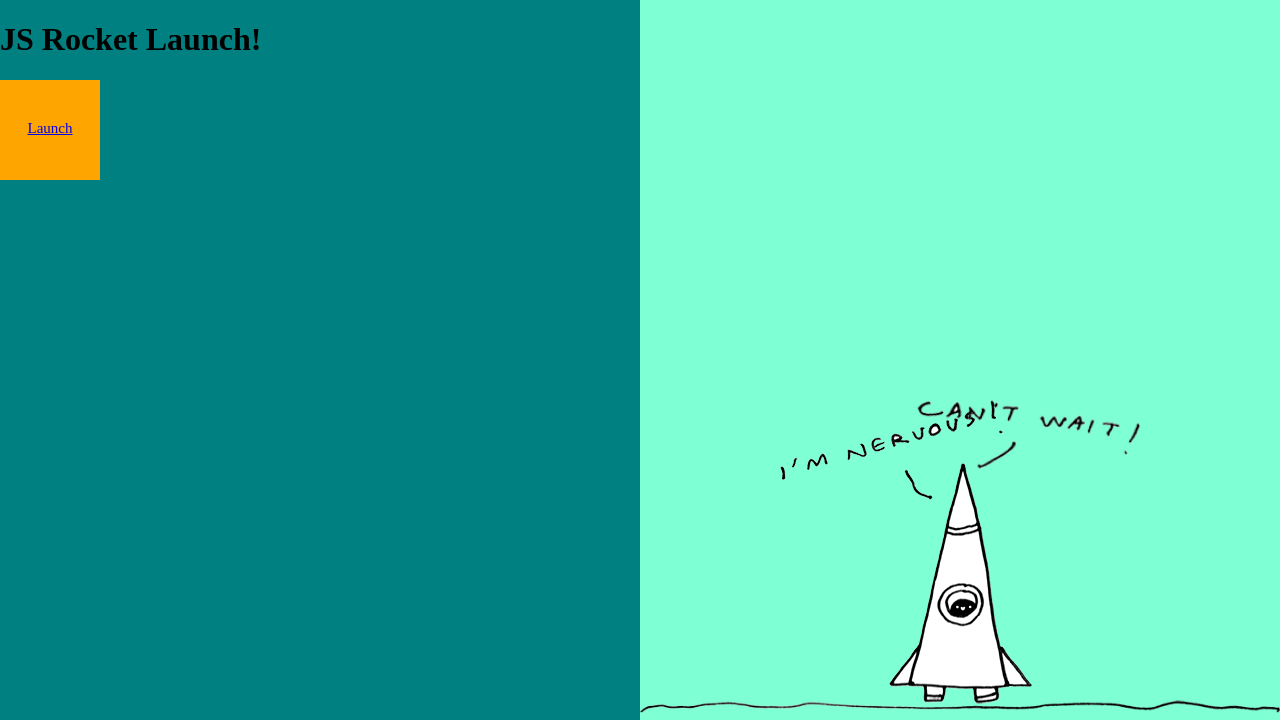
Repository: alcarrizo/Rocket-launch
Page: index.html
These files come from the project's save history. The page is drawn as it stood at one moment and after the next save; the edit follows.
The browser window is 1280 px wide. The pictures show the whole page.

Above is the page before, as saved 2022-10-20 17:26:19.

### index.html
<!DOCTYPE html>
<html lang="en">
<head>
    <meta charset="UTF-8">
    <meta http-equiv="X-UA-Compatible" content="IE=edge">
    <meta name="viewport" content="width=device-width, initial-scale=1.0">
    <title>Rocket Launch sequence</title>
    <script type="text/javascript" src="js/script.js"> </script>
    <link rel="stylesheet" href="css/style.css">
</head>
<body class="body-state1" id="body">
    <div class="left">
        <div class="state1">
            <h1>JS Rocket Launch!</h1>
            <a href="#" class="button" onclick="changeState(2);">Launch</a>
        </div>
        <div class="state2">
            <h1 class="countdown" id="countdown">10</h1>
            <a href="#" class="button" onclick="changeState(1);">Abort</a>
        </div>
        <div class="state3">
            <h1>Lift Off!</h1>
        </div>
        <div class="state4">
            <h1>Well done!</h1>
            <a href="#" class="button" onclick="changeState(1);">Do it again</a>
        </div>
        <div class="state5">
            <h1>Oh No!!!!</h1>
            <a href="#" class="button" onclick="changeState(1);">Try Again!</a>
        </div>
    </div>

    <div class="right">
        <div class="rocket" id="rocket"></div>
        <div class="ground"></div>
        <div class="nervous"></div>
        <div class="cant-wait"></div>
    </div>
</body>
</html>

### js/script.js
/*var countDown = function (i) {
    console.log(i)
    setTimeout(function () {
        i--
        document.getElementById("countdown").innerHTML = i;
        if (document.getElementById('body').className != 'body-state1') {
            if (i > 0) {
                countDown(i)
            }
            else {
                changeState(3)
            }
        }

    }, 1000)
}*/
var timer = null;
var CountDownNum = 10;
var changeState = function (state) {
    document.body.className = 'body-state' + state;
    clearInterval(timer);
    if (state != 2 && document.getElementById('countdown').innerHTML != 10) {
        CountDownNum = 10;
        document.getElementById('countdown').innerHTML = CountDownNum;
    }
    if (state == 2) {
        timer = setInterval(() => {
            CountDownNum -= 1;
            document.getElementById('countdown').innerHTML = CountDownNum;
            if (CountDownNum == 5) {
                //be nervous
            };
            if (CountDownNum == 3) {
                //Can't wait
            };
            if (CountDownNum <= 0) {
                changeState(3);

            };
        }, 200);
    }
    else if (state == 3) {
        var success = setTimeout(() => {
            var randomNum = Math.round(Math.random() * 10)
            //success
            console.log('random number: ' + randomNum)
            if (randomNum > 5) {
                changeState(4)
            }
            else {
                //fail
                changeState(5)
            }

        }, 2000);
    }
    // if (state == 1) {
    //     document.body.className = 'body-state1'
    // }
    // else if (state == 2) {
    //     document.body.className = 'body-state2'
    //     countDown(10)
    //     // for (let i = 10; i >= 0; i--) {
    //     //     setTimeout()
    //     //     document.getElementById("countdown").innerHTML = i;
    //     // }
    // }
    // else if (state == 3) {
    //     document.body.className = 'body-state3'
    //     document.getElementById('rocket').className = 'rocket flying';
    // }
    // else if (state == 4) {
    //     document.body.className = 'body-state4'
    // }
    // else {
    //     document.body.className = 'body-state5'
    // }
    // for (let i = 10; i >= 0; i--) {
    //     bdy.content = i;
    // }
    //document.getElementById('rocket').className = 'rocket flying';
}

### css/style.css
body {
    position: relative;
}

.left {
    position: fixed;
    box-sizing: border-box;
    width: 50%;
    height: 100%;
    top: 0;
    left: 0;
    background-color: teal;
}

.right {
    position: fixed;
    box-sizing: border-box;
    width: 50%;
    height: 100%;
    top: 0;
    right: 0;
    background-color: aquamarine;
}

.rocket {
    position: absolute;
    left: 50%;
    bottom: -15px;
    width: 143px;
    height: 272px;
    background: url("../img/rocket-state1.png") no-repeat 0 0;
    background-size: 100%;
    transition: bottom 10s;
    margin-left: -71.5px;

}

.body-state1 .rocket {
    transition: none;

}


.body-state2 .rocket {

    background-image: url("../img/rocket-state2.gif");
}

.body-state3 .rocket,
.body-state4 .rocket {
    bottom: 1000px;
    background-image: url("../img/rocket-state3.gif");
}

.body-state5 .rocket {
    width: 209px;
    height: 200px;
    background: url("../img/boom.png") no-repeat 0 0;
    background-size: 100%;
}

.ground {
    position: absolute;
    bottom: 0;
    left: 0;
    background: url("../img/ground.png") no-repeat center 0;
    background-size: 100%;
    width: 100%;
    height: 20px;

}

.nervous {
    position: absolute;
    bottom: 220px;
    left: 50%;
    margin-left: -180px;
    background: url('../img/nervous.png') no-repeat 0 0;
    background-size: 100%;
    width: 223px;
    height: 100px;
}

.cant-wait {
    position: absolute;
    bottom: 220px;
    right: 50%;
    margin-right: -180px;
    background: url('../img/cant-wait.png') no-repeat 0 0;
    background-size: 100%;
    width: 223px;
    height: 100px;
}

a {}

a.button {
    display: block;
    box-sizing: border-box;
    text-align: center;
    padding-top: 40px;
    height: 100px;
    width: 100px;
    font-size: 15px;
    background-color: orange;

}

.state1,
.state2,
.state3,
.state4,
.state5 {
    display: none;
}

body.body-state1 .state1 {
    display: block;
}

body.body-state2 .state2 {
    display: block;
}

body.body-state3 .state3 {
    display: block;
}

body.body-state4 .state4 {
    display: block;
}

body.body-state5 .state5 {
    display: block;
}

After the next save:
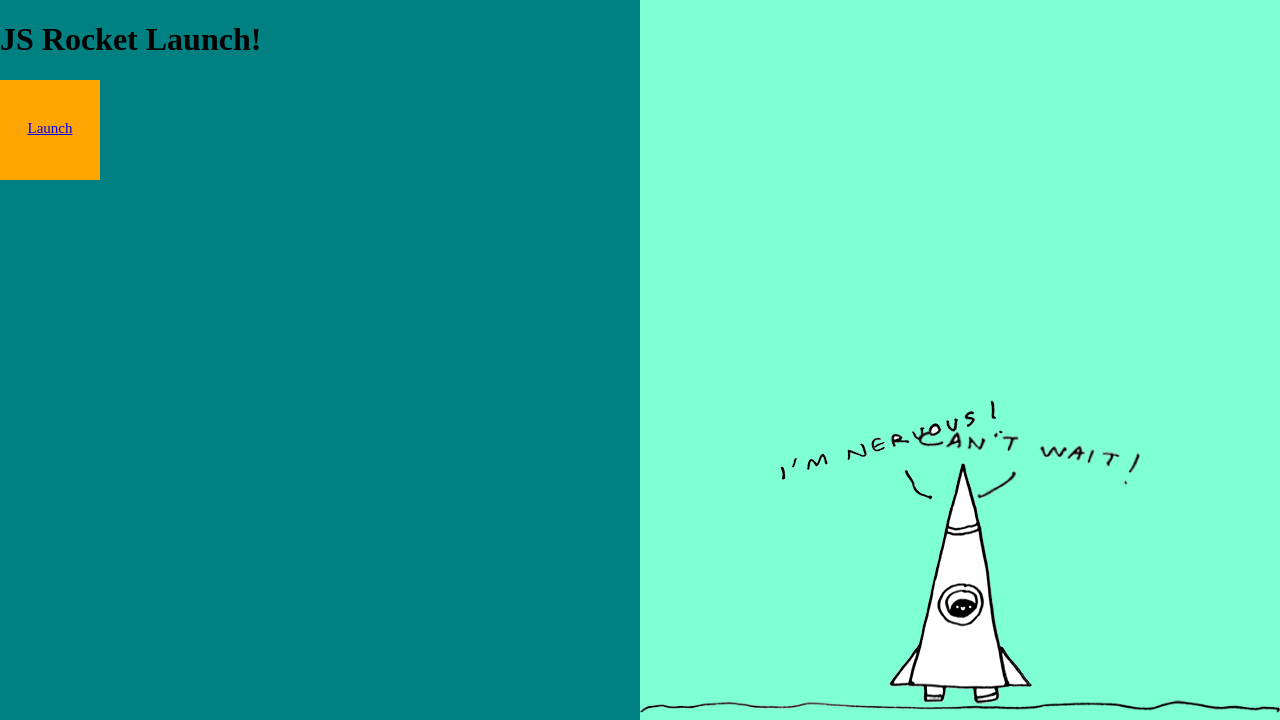
Saved 58 s later.
--- a/css/style.css
+++ b/css/style.css
@@ -83,7 +83,7 @@ body {
 
 .cant-wait {
     position: absolute;
-    bottom: 220px;
+    bottom: 190px;
     right: 50%;
     margin-right: -180px;
     background: url('../img/cant-wait.png') no-repeat 0 0;
